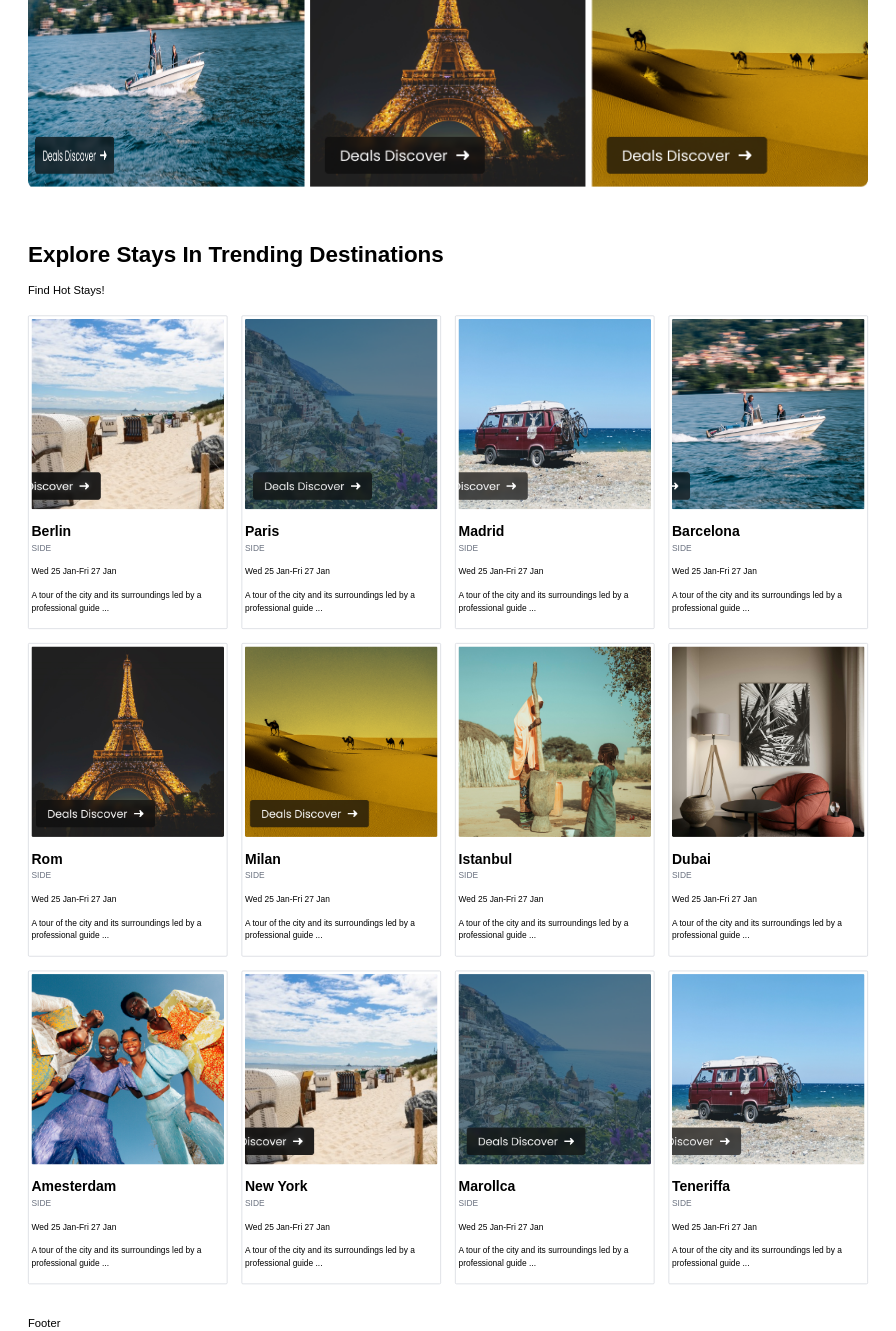
Repository: Quynhhuong150322/DIKO_STUDY_TRAVEL_WEB
Page: /
An editor plug-in stored every save of this project. The page is shown before and after the next save, followed by the edit.
The browser window is 1280 px wide. The pictures show the part of the page from y = 1242 to 3162 px (the page is 3144 px tall before and 3162 px after), at 70% of full size.
The project was rebuilt for these pictures with package versions that can differ from the ones it lists, and the page was loaded fresh each time. Also part of the build but not shown: src/components/Login.js, src/components/Register.js. Imported but missing from the stored project, and not drawn on this page: src/redux/slices/authSlice.

Above is the page before, as saved 2024-02-23 11:39:15.

After the next save:
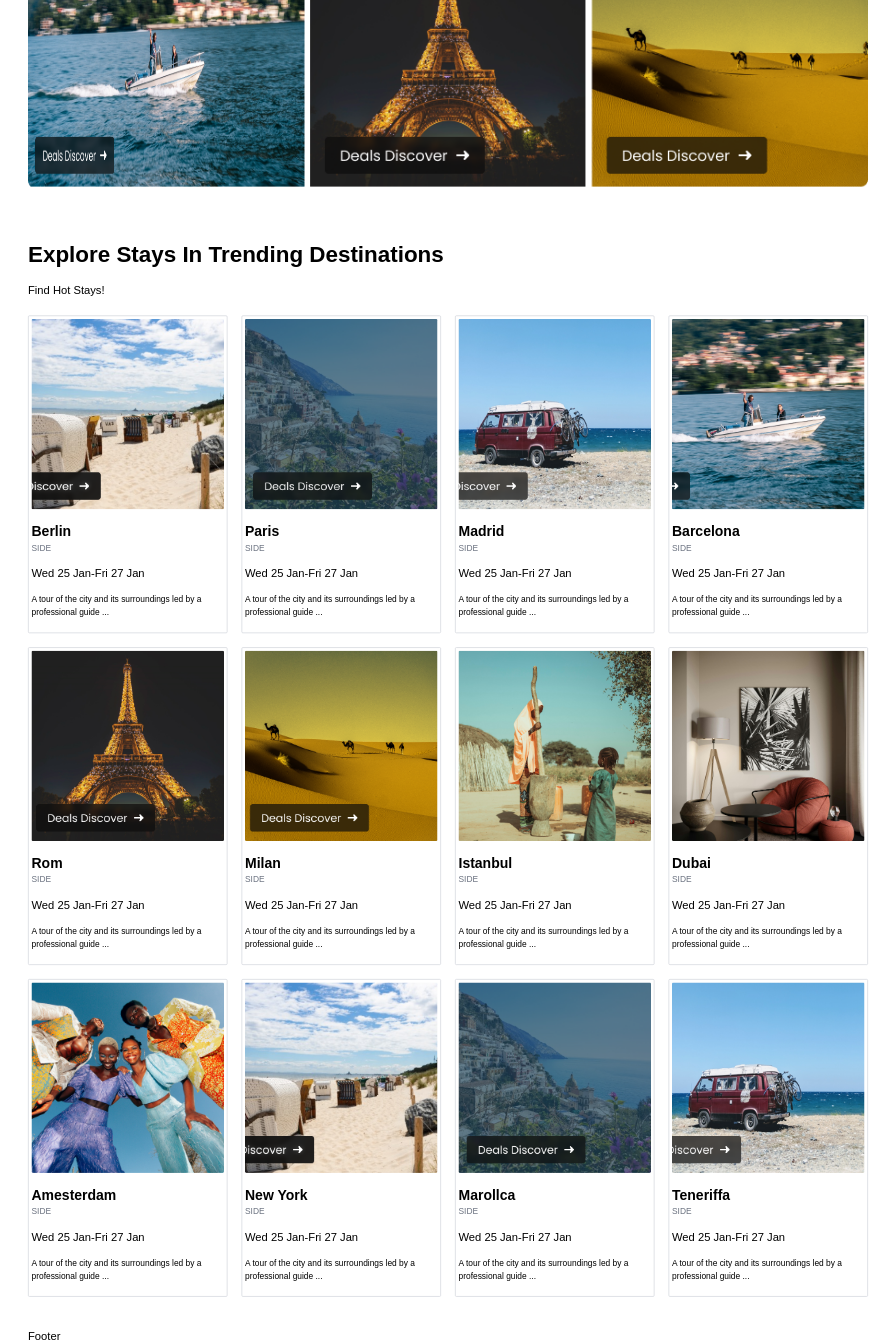
Saved 83 s later.
--- a/src/pages/LangdingPage/Langding.js
+++ b/src/pages/LangdingPage/Langding.js
@@ -273,7 +273,7 @@ const Langding = () => {
                     <p className='text-xl font-semibold'>{data.location}</p>
                     <p className='text-sm text-gray-500'>{data.side}</p>
                   </div>
-                  <p className='text-sm'>{data.time}</p>
+                  <p className='text-'>{data.time}</p>
                   <p className='text-sm'>{data.title}</p>
                 </div>
               </div>
--- a/tailwind.config.js
+++ b/tailwind.config.js
@@ -12,6 +12,7 @@ module.exports = {
       fontSize: {
         sm: '12px',
         base: '16px',
+        'l': '10px',
         xl: '20px',
         '2xl': '32px',
         '3xl': '40px',
